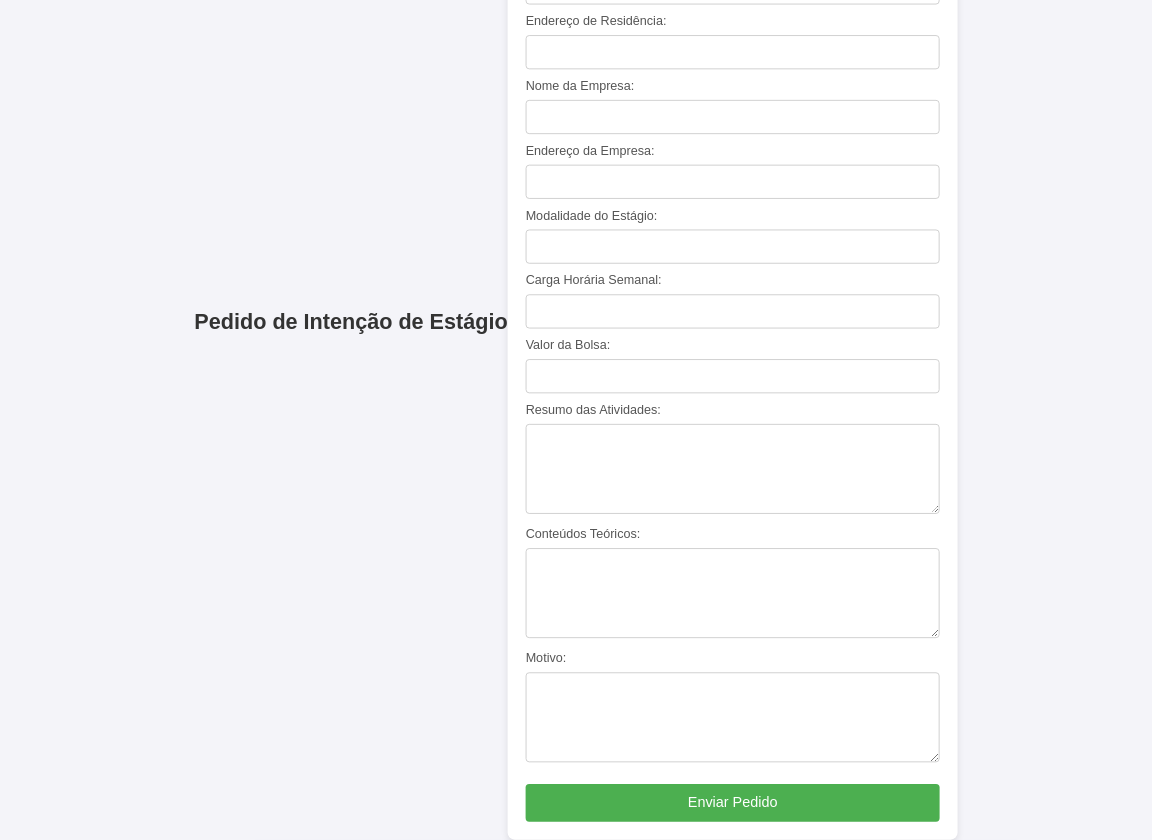
Repository: CronosUchoa/ArqSoft
Page: PedidoIntencaoNovoEstagioRTC-CS/src/main/webapp/index.html
An editor plug-in stored every save of this project. The page is shown before and after the next save, followed by the edit.
The browser window is 1280 px wide. The pictures show the whole page, at 90% of full size.

Above is the page before, as saved 2024-11-24 14:17:13.

### PedidoIntencaoNovoEstagioRTC-CS/src/main/webapp/index.html
<!DOCTYPE html>
<html lang="pt-br">
<head>
    <meta charset="UTF-8">
    <meta name="viewport" content="width=device-width, initial-scale=1.0">
    <title>Formulário de Pedido de Intenção</title>
    <style>
        body {
            font-family: Arial, sans-serif;
            background-color: #f4f4f9;
            display: flex;
            justify-content: center;
            align-items: center;
            height: 100vh;
            margin: 0;
        }
        form {
            background-color: #fff;
            padding: 20px;
            border-radius: 8px;
            box-shadow: 0 4px 8px rgba(0, 0, 0, 0.1);
            width: 100%;
            max-width: 500px;
            box-sizing: border-box;
        }
        h1 {
            text-align: center;
            color: #333;
            font-size: 24px;
            margin-bottom: 20px;
        }
        label {
            font-size: 14px;
            color: #555;
            margin-top: 10px;
            display: block;
        }
        input, textarea, button {
            width: 100%;
            padding: 10px;
            margin-top: 8px;
            border-radius: 4px;
            border: 1px solid #ccc;
            font-size: 14px;
            box-sizing: border-box;
        }
        textarea {
            resize: vertical;
            min-height: 100px;
        }
        button {
            background-color: #4CAF50;
            color: white;
            border: none;
            cursor: pointer;
            font-size: 16px;
            margin-top: 20px;
            padding: 12px;
        }
        button:hover {
            background-color: #45a049;
        }
    </style>
</head>
<body>
   <h1>Pedido de Intenção de Estágio    </h1>
    <form action="Controller" method="post">
        <h1>Pedido de Intenção de Estágio</h1>
        <input type="hidden" name="action" value="criarPedidoIntencao">

        <label for="ira">IRA:</label>
        <input type="text" name="ira" id="ira" required><br>

        <label for="cargaHorariaCumprida">Carga Horária Cumprida:</label>
        <input type="text" name="cargaHorariaCumprida" id="cargaHorariaCumprida" required><br>

        <label for="enderecoResidencia">Endereço de Residência:</label>
        <input type="text" name="enderecoResidencia" id="enderecoResidencia" required><br>

        <label for="nomeEmpresa">Nome da Empresa:</label>
        <input type="text" name="nomeEmpresa" id="nomeEmpresa" required><br>

        <label for="enderecoEmpresa">Endereço da Empresa:</label>
        <input type="text" name="enderecoEmpresa" id="enderecoEmpresa" required><br>

        <label for="modalidadeEstagio">Modalidade do Estágio:</label>
        <input type="text" name="modalidadeEstagio" id="modalidadeEstagio" required><br>

        <label for="cargaHorariaSemanal">Carga Horária Semanal:</label>
        <input type="text" name="cargaHorariaSemanal" id="cargaHorariaSemanal" required><br>

        <label for="valorBolsa">Valor da Bolsa:</label>
        <input type="text" name="valorBolsa" id="valorBolsa" required><br>

        <label for="resumoAtividades">Resumo das Atividades:</label>
        <textarea name="resumoAtividades" id="resumoAtividades" required></textarea><br>

        <label for="conteudosTeoricos">Conteúdos Teóricos:</label>
        <textarea name="conteudosTeoricos" id="conteudosTeoricos" required></textarea><br>

        <label for="motivo">Motivo:</label>
        <textarea name="motivo" id="motivo" required></textarea><br>

        <button type="submit">Enviar Pedido</button>
    </form>
</body>
</html>

After the next save:
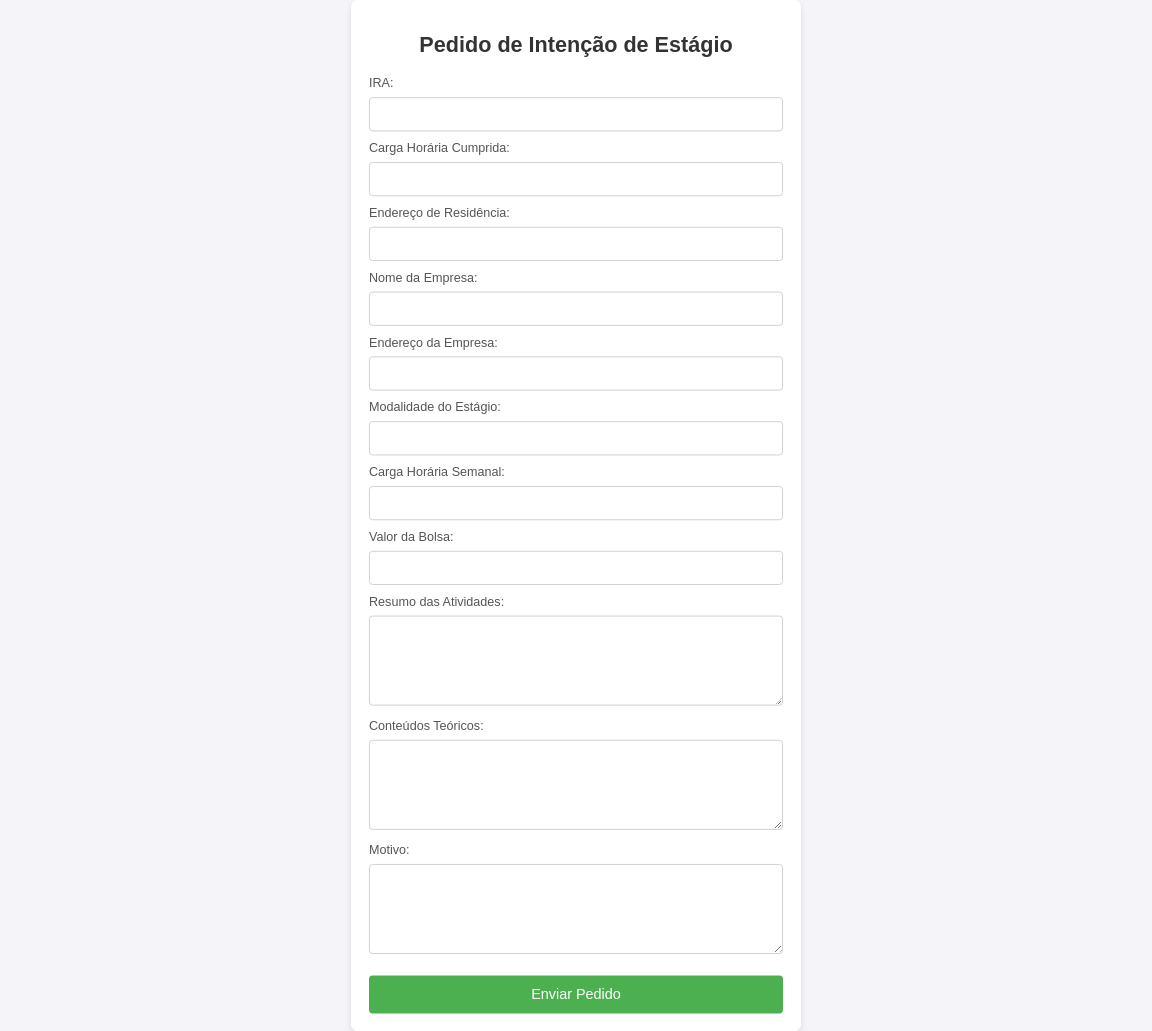
Saved 34 s later.
--- a/PedidoIntencaoNovoEstagioRTC-CS/src/main/webapp/index.html
+++ b/PedidoIntencaoNovoEstagioRTC-CS/src/main/webapp/index.html
@@ -11,7 +11,7 @@
             display: flex;
             justify-content: center;
             align-items: center;
-            height: 100vh;
+
             margin: 0;
         }
         form {
@@ -63,7 +63,6 @@
     </style>
 </head>
 <body>
-   <h1>Pedido de Intenção de Estágio    </h1>
     <form action="Controller" method="post">
         <h1>Pedido de Intenção de Estágio</h1>
         <input type="hidden" name="action" value="criarPedidoIntencao">
